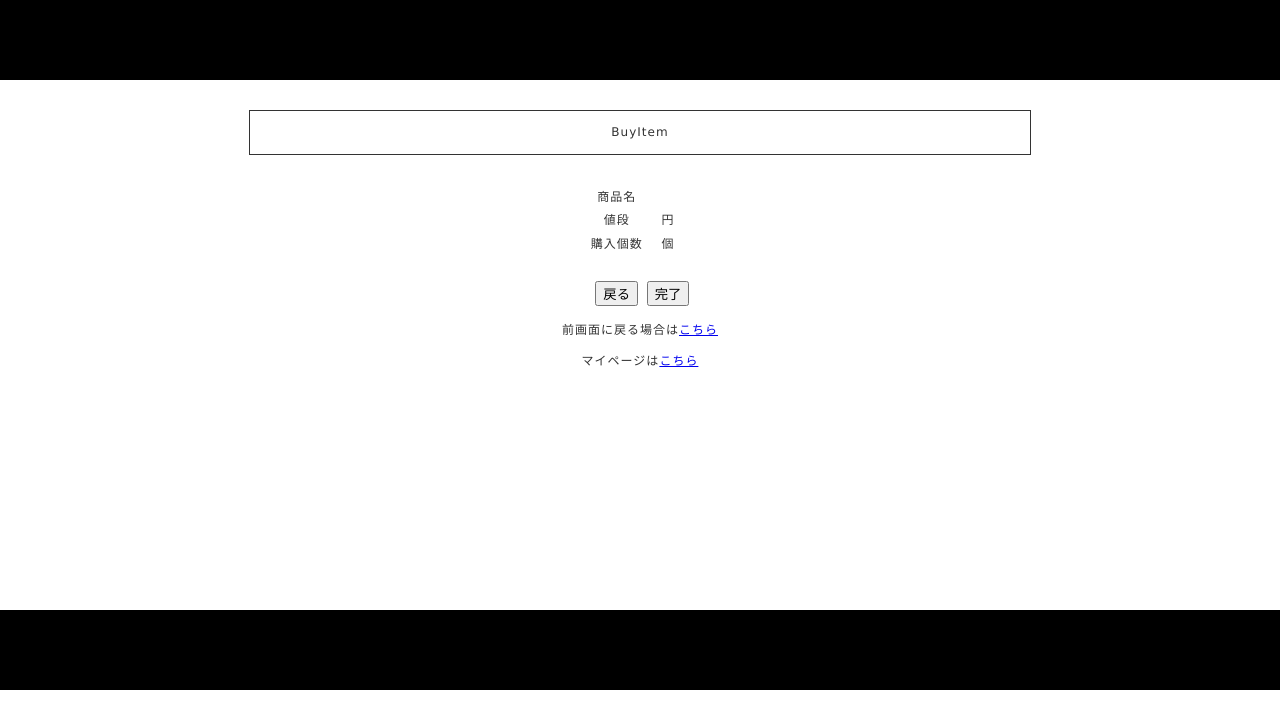
Repository: RyunosukeSaiga0816/test
Page: http://localhost/website/buyItemConfirm.jsp
An editor plug-in stored every save of this project. The page is shown before and after the next save, followed by the edit.
The browser window is 1280 px wide. The pictures show the whole page.
The page is served by Tomcat 9. Other server files are loaded and not shown.

Above is the page before, as saved 2018-07-31 07:55:49.

### website/WebContent/buyItemConfirm.jsp
<%@ page language="java" contentType="text/html; charset=UTF-8"
    pageEncoding="UTF-8"%>
<%@ taglib prefix="s" uri="/struts-tags" %>
<!DOCTYPE html>
<html>
	<head>
		<meta http-equiv="Content-Type" content="text/html; charset=UTF-8"/>
		<meta http-equiv="Content-Style-Type" content="text/css"/>
		<meta http-equiv="Content-Script-Type" content="text/javascript"/>
		<meta http-equiv="imagetoolbar" content="no"/>
		<meta name="description" content=""/>
		<meta name="keywords" content=""/>
		<script src="http://ajax.googleapis.com./ajax/libs/jquery/1.9.1/jquery.min.js"></script>
		<title>BuyItemConfirm画面</title>
		<style type="text/css">

			/*========TAG LAYOUT========*/
			body{
				margin:0;
				padding:0;
				line-height:1.6;
				letter-spacing:1px;
				font-family:Verdana,Helvetica,sans-serif;
				font-size:12px;
				color:#333;
				background:#fff;
			}
			table{
				text-align:center;
				margin:0 auto;
			}

			/*========ID LAYOUT========*/
			#top{
				width:780px;
				margin:30px auto;
				border:1px solid #333;
			}
			#header{
				width:100%;
				height:80px;
				background-color:black;
			}
			#main{
				width:100%;
				height:500px;
				text-align:center;
			}
			#footer{
				width:100%;
				height:80px;
				background-color:black;
				clear:both;
			}
		</style>
		<script type="text/javascript">
			function submitAction(url){
				$('form').attr('action',url);
				$('form').submit();
			}
		</script>
	</head>
	<body>
		<div id="header">
			<div id="pr">
			</div>
		</div>
		<div id="main">
			<div id="top">
				<p>BuyItem</p>
			</div>
			<div>
				<s:form>
					<tr>
						<td>商品名</td>
						<td><s:property value="session.buyItem_name"/></td>
					</tr>
					<tr>
						<td>値段</td>
						<td><s:property value="session.buyItem_price"/><span>円</span></td>
					</tr>
					<tr>
						<td>購入個数</td>
						<td><s:property value="session.stock"/><span>個</span></td>
					</tr>
					<tr>
						<td><br></td>
					</tr>
					<tr>
						<td><input type="button" value="戻る" onclick="submitAction('HomeAction')"/></td>
						<td><input type="button" value="完了" onclick="submitAction('BuyItemConfirmAction')"/></td>
					</tr>
				</s:form>
				<div>
					<p>前画面に戻る場合は<a href='<s:url action="GoHomeAction"/>'>こちら</a></p>
					<p>マイページは<a href='<s:url action="MyPageAction"/>'>こちら</a></p>
				</div>
			</div>
		</div>
		<div id="footer">
			<div id="pr">
			</div>
		</div>
	</body>
</html>

After the next save:
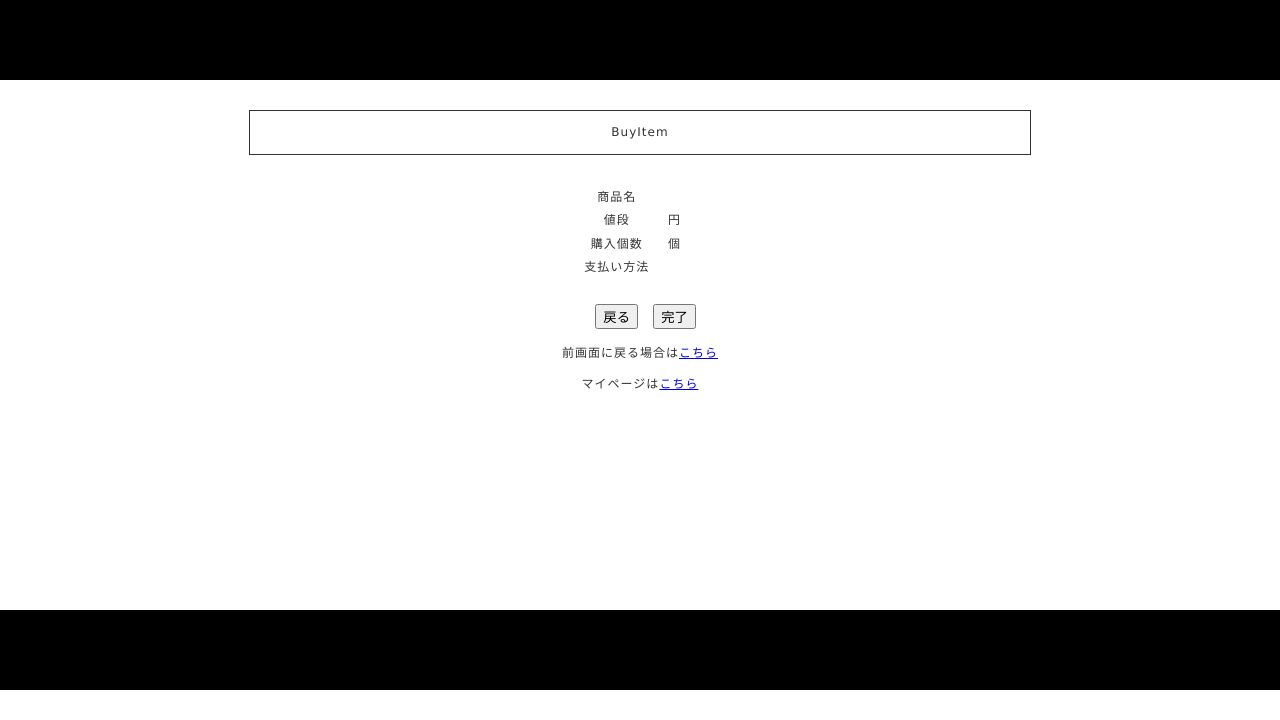
Saved 2 min 30 s later.
--- a/website/WebContent/buyItemConfirm.jsp
+++ b/website/WebContent/buyItemConfirm.jsp
@@ -84,6 +84,10 @@
 						<td><s:property value="session.stock"/><span>個</span></td>
 					</tr>
 					<tr>
+						<td>支払い方法</td>
+						<td><s:property value="session.pay"/></td>
+					</tr>
+					<tr>
 						<td><br></td>
 					</tr>
 					<tr>
